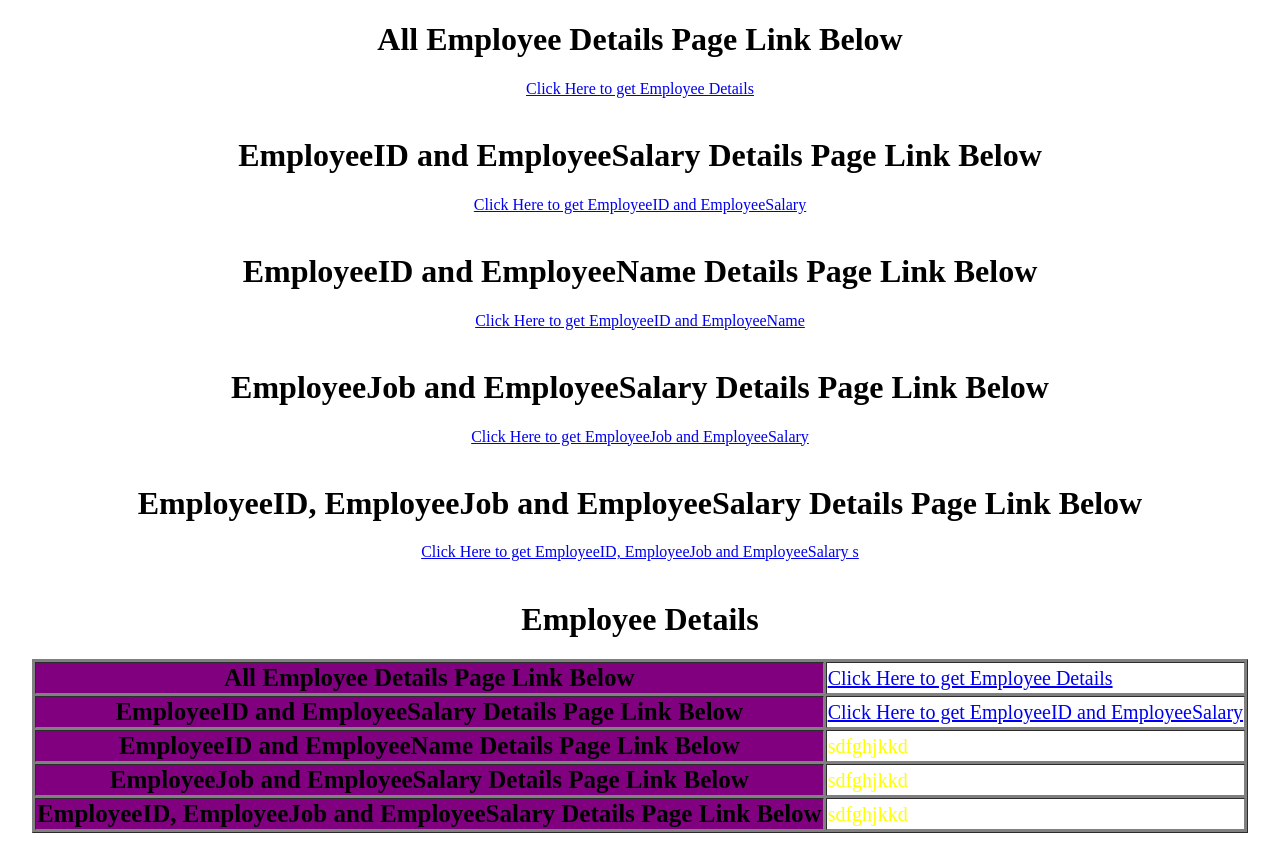
Repository: RhutujaBD/SpringMVCSession
Page: http://localhost/Spring-MVC-JDBCTemplate/WEB-INF/pages/home.jsp
The author's editor kept a copy of each file at every save. The page is drawn from the files as they stood at one save, then again after the next save.
The browser window is 1280 px wide. The pictures show the whole page.
The page is served by Tomcat 9. Nobody is signed in. The template is opened directly, without the code that normally fills it, so the values that code supplies are empty.

Above is the page before, as saved 2023-03-29 11:03:04.

After the next save:
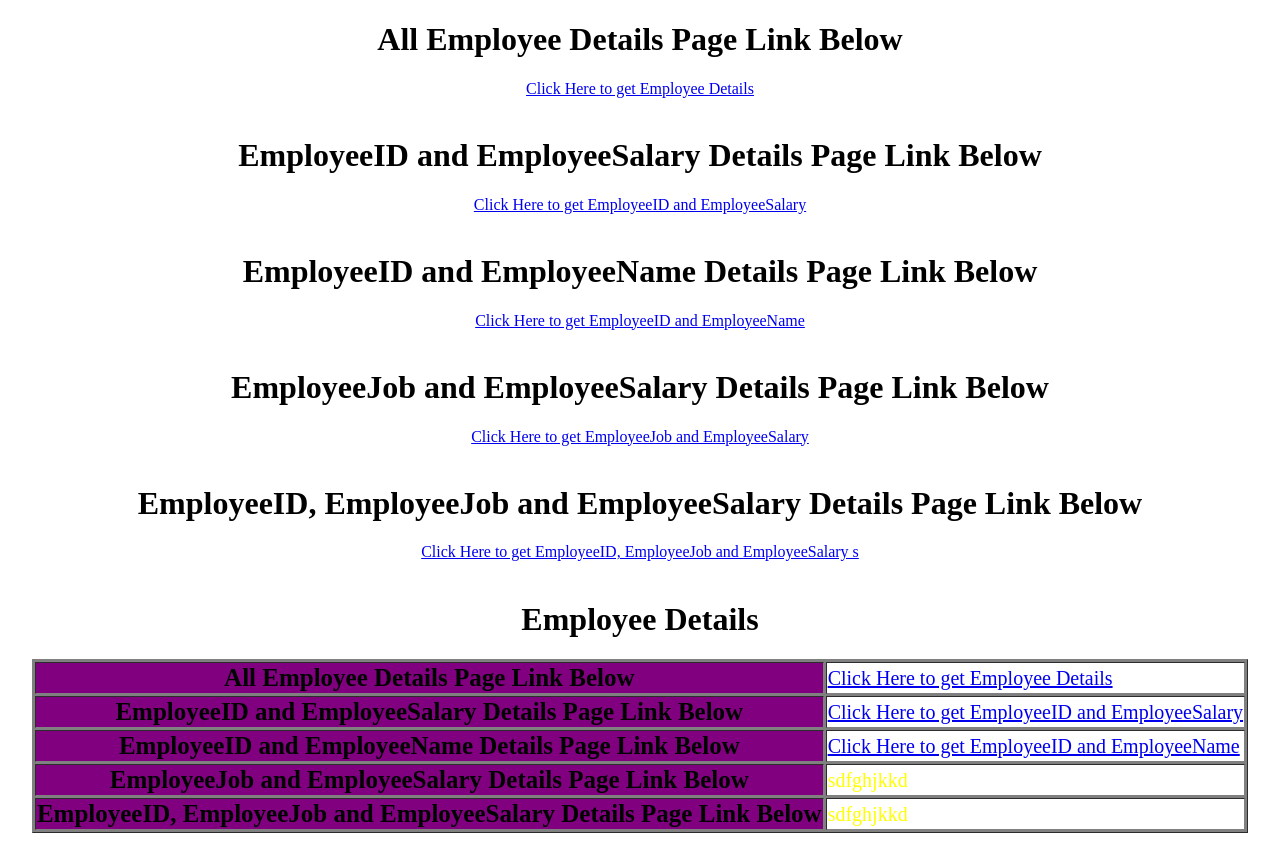
Saved 13 s later.
--- a/Spring-MVC-JDBCTemplate/src/main/webapp/WEB-INF/pages/home.jsp
+++ b/Spring-MVC-JDBCTemplate/src/main/webapp/WEB-INF/pages/home.jsp
@@ -52,7 +52,7 @@
 		</tr>
 		<tr bgcolor="purple" bordercolor="black">
 			<th>EmployeeID and  EmployeeName Details Page Link Below</th>
-			<td bgcolor="white">sdfghjkkd</td>
+			<td bgcolor="white"><a href="list_id_name.htm">Click Here to get EmployeeID and  EmployeeName</a></td>
 		</tr>
 		<tr bgcolor="purple" bordercolor="black">
 			<th>EmployeeJob and EmployeeSalary Details Page Link Below</th>
